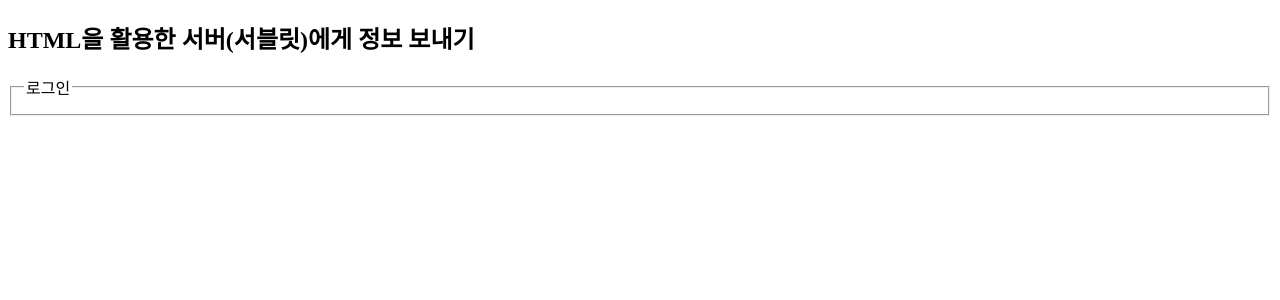
Repository: Kebiskim/2023_jspStudy
Page: 01_servlet/src/main/webapp/view/Ex10.html
An editor plug-in stored every save of this project. The page is shown before and after the next save, followed by the edit.
The browser window is 1280 px wide. The pictures show the whole page.

Above is the page before, as saved 2023-07-03 02:12:17.

After the next save:
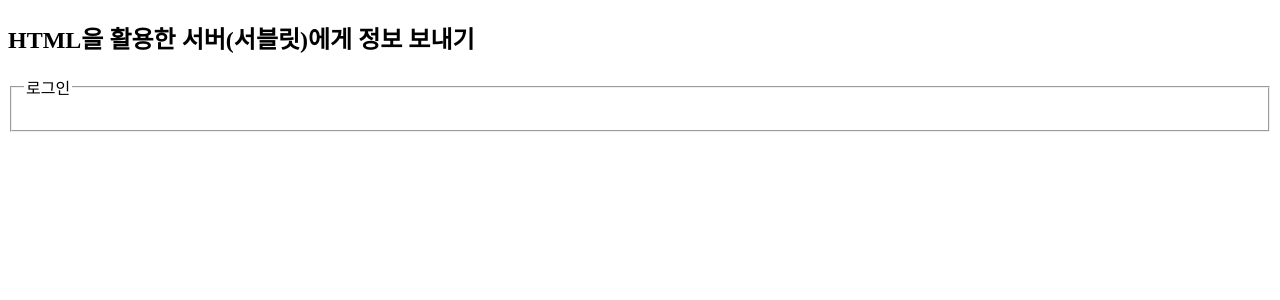
Saved 7 s later.
--- a/01_servlet/src/main/webapp/view/Ex10.html
+++ b/01_servlet/src/main/webapp/view/Ex10.html
@@ -9,6 +9,7 @@
 	<form action="/01_servlet/Ex10_1" method="post">
 	<fieldset>
 		<legend>로그인</legend>
+		<p>
 	</fieldset>
 	</form>
 </body>
